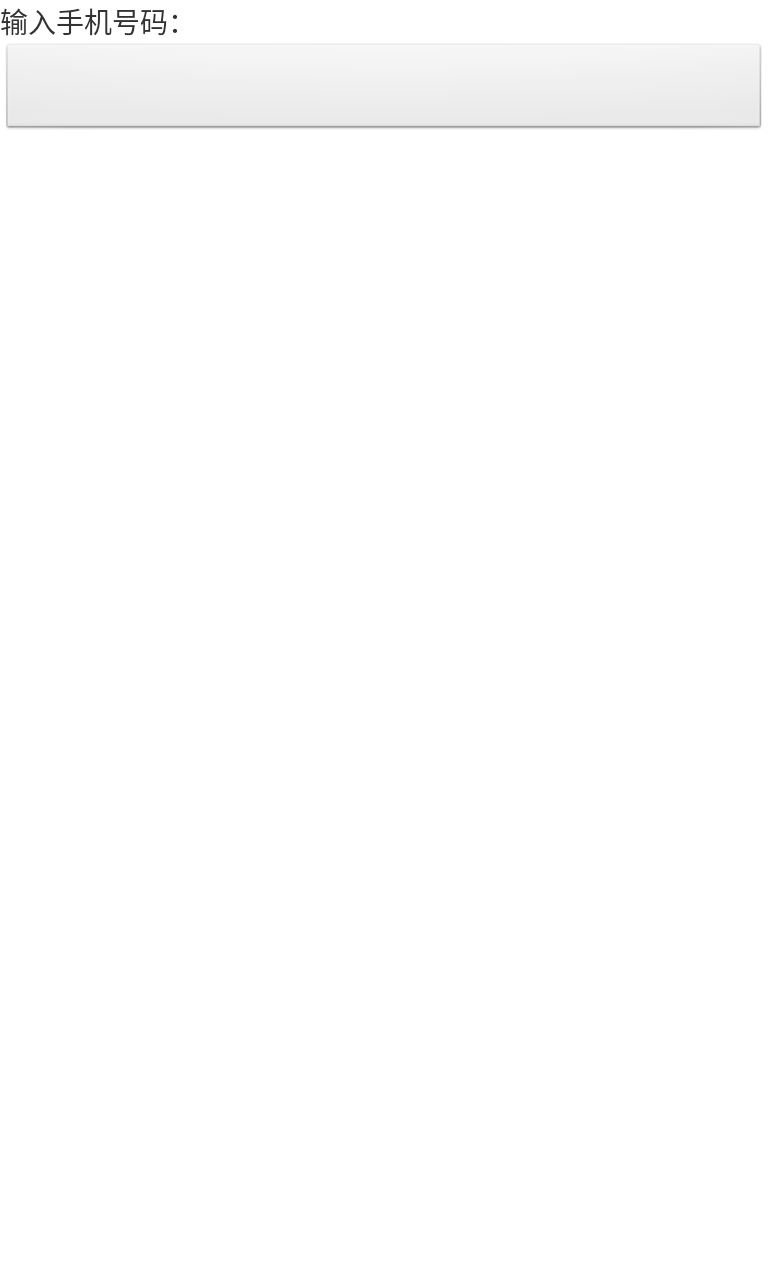
Repository: CrowleyLucky/AndroidLearningNotes
Layout: 15_MobileNumberQuery/res/layout/activity_main.xml
The author's editor kept a copy of each file at every save. The layout is drawn from the files as they stood at one save, then again after the next save.
It is drawn on a 768 x 1280 px phone screen (xhdpi) without system bars, with theme AppTheme; the app's code is not run.

Above is the layout before, as saved 2014-02-28 07:36:46.

### 15_MobileNumberQuery/res/layout/activity_main.xml
<LinearLayout xmlns:android="http://schemas.android.com/apk/res/android"
    xmlns:tools="http://schemas.android.com/tools"
    android:layout_width="match_parent"
    android:layout_height="match_parent"
    android:orientation="vertical"
    tools:context=".MainActivity" >

    <TextView
        android:layout_width="wrap_content"
        android:layout_height="wrap_content"
        android:text="@string/prompt" />
    <Button
        android:layout_width="match_parent"
        android:layout_height="wrap_content"
        android:id="@+id/queryButton"/>
    <TextView
        android:layout_height="wrap_content"
        android:layout_width="match_parent"
        android:gravity="center"
        android:id="@+id/belonging"/>

</LinearLayout>

### 15_MobileNumberQuery/res/values/strings.xml
<?xml version="1.0" encoding="utf-8"?>
<resources>

    <string name="app_name">手机归属地查询</string>
    <string name="action_settings">Settings</string>
    <string name="prompt">输入手机号码：</string>
    <string name="empty_tel">请填写电话号码！</string>

</resources>

Loaded but not shown: 15_MobileNumberQuery/res/values/styles.xml (common file)

After the next save:
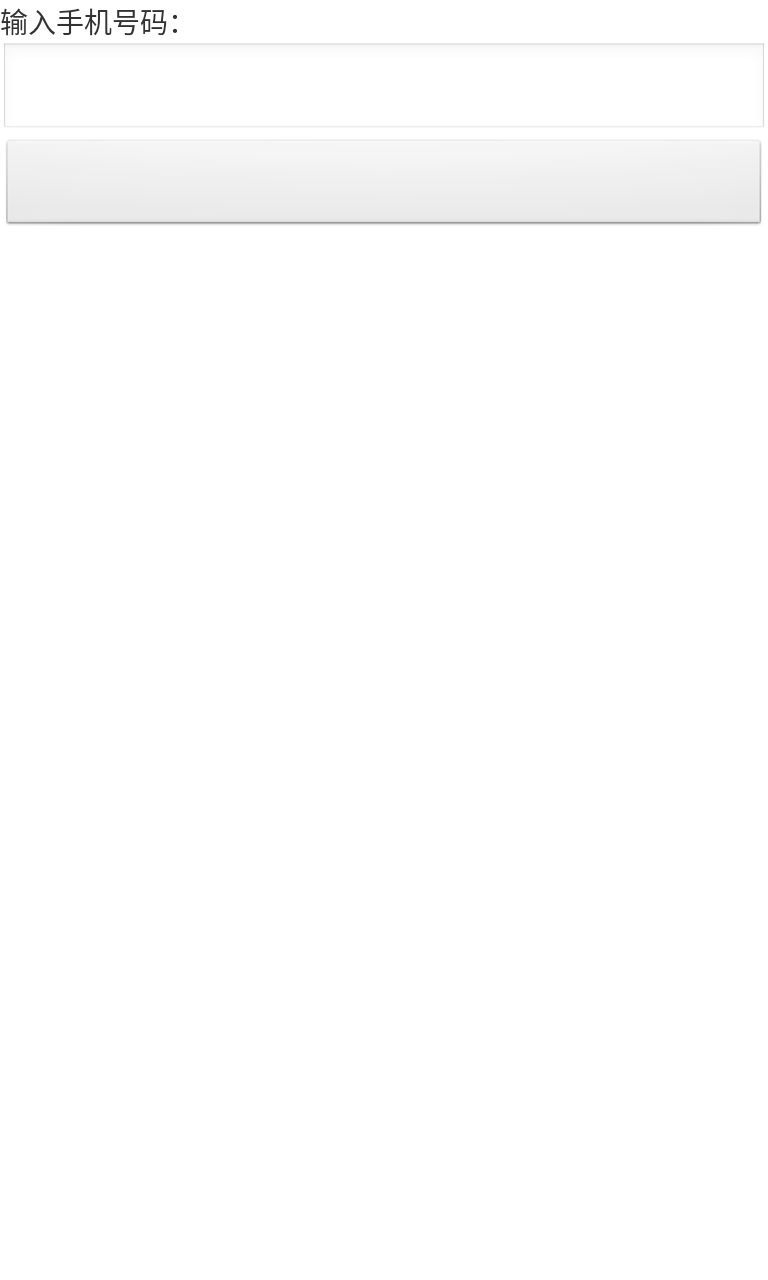
Saved 2 min 31 s later.
--- a/15_MobileNumberQuery/res/layout/activity_main.xml
+++ b/15_MobileNumberQuery/res/layout/activity_main.xml
@@ -9,6 +9,10 @@
         android:layout_width="wrap_content"
         android:layout_height="wrap_content"
         android:text="@string/prompt" />
+    <EditText
+        android:layout_width="match_parent"
+        android:layout_height="wrap_content"
+        />
     <Button
         android:layout_width="match_parent"
         android:layout_height="wrap_content"
